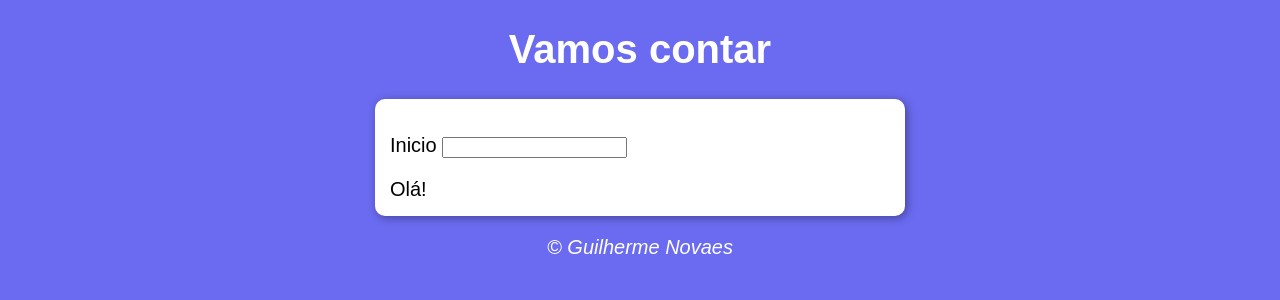
Repository: Guilherme-RNovaes/JavaScript-Curso
Page: Aula 14ex/ex016/index.html
An editor plug-in stored every save of this project. The page is shown before and after the next save, followed by the edit.
The browser window is 1280 px wide. The pictures show the whole page.

Above is the page before, as saved 2022-09-07 10:19:16.

### Aula 14ex/ex016/index.html
<!DOCTYPE html>
<html lang="pt-br">
<head>
    <meta charset="UTF-8">
    <meta http-equiv="X-UA-Compatible" content="IE=edge">
    <meta name="viewport" content="width=device-width, initial-scale=1.0">
    <title>Modelo de Exercício</title>
    <link rel="stylesheet" href="src/Style/style.css">
</head>
<body>
    <header>
        <h1>Vamos contar</h1>
    </header>
    <section>
        <div>
            <p>Inicio <input type="number"></p>
        </div>
        <div>
            Olá!
        </div>
    </section>
    <footer>
        <p>&copy; Guilherme Novaes</p>
    </footer>
    <script src="script.js"></script>
</body>
</html>

### Aula 14ex/ex016/src/Style/style.css
body{
    background-color: rgb(107, 107, 241);
    font: normal 15pt Arial;
}
header {
    color: white;
    text-align: center;
}

section{
    background-color: white;
    border-radius: 10px;
    padding: 15px;
    width: 500px;
    margin: auto;
    box-shadow: 2px 2px 10px rgba(0, 0, 0, 0.36);
}

footer{
    color: white;
    text-align: center;
    font-style: italic;
}

div img{
    width: 250px;
    height: 250px;
    border-radius: 100%;
}

Loaded but not shown: Aula 14ex/ex016/script.js (no copy from this time; the picture is the same without it)

After the next save:
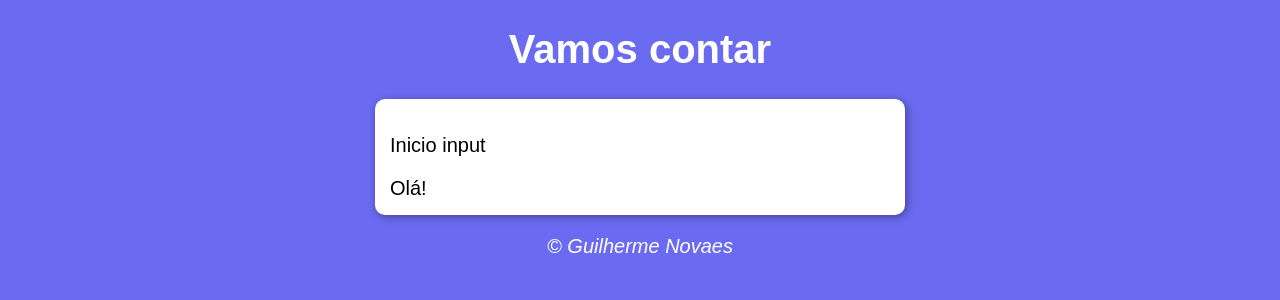
Saved 5 s later.
--- a/Aula 14ex/ex016/index.html
+++ b/Aula 14ex/ex016/index.html
@@ -13,7 +13,7 @@
     </header>
     <section>
         <div>
-            <p>Inicio <input type="number"></p>
+            <p>Inicio input</p>
         </div>
         <div>
             Olá!

After the save that followed:
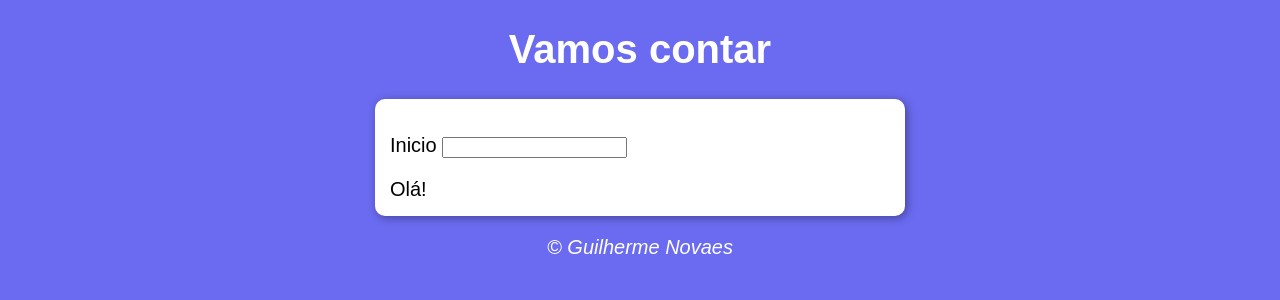
Saved 9 s later.
--- a/Aula 14ex/ex016/index.html
+++ b/Aula 14ex/ex016/index.html
@@ -13,7 +13,7 @@
     </header>
     <section>
         <div>
-            <p>Inicio input</p>
+            <p>Inicio <input type="number" name="" id=""></p>
         </div>
         <div>
             Olá!
